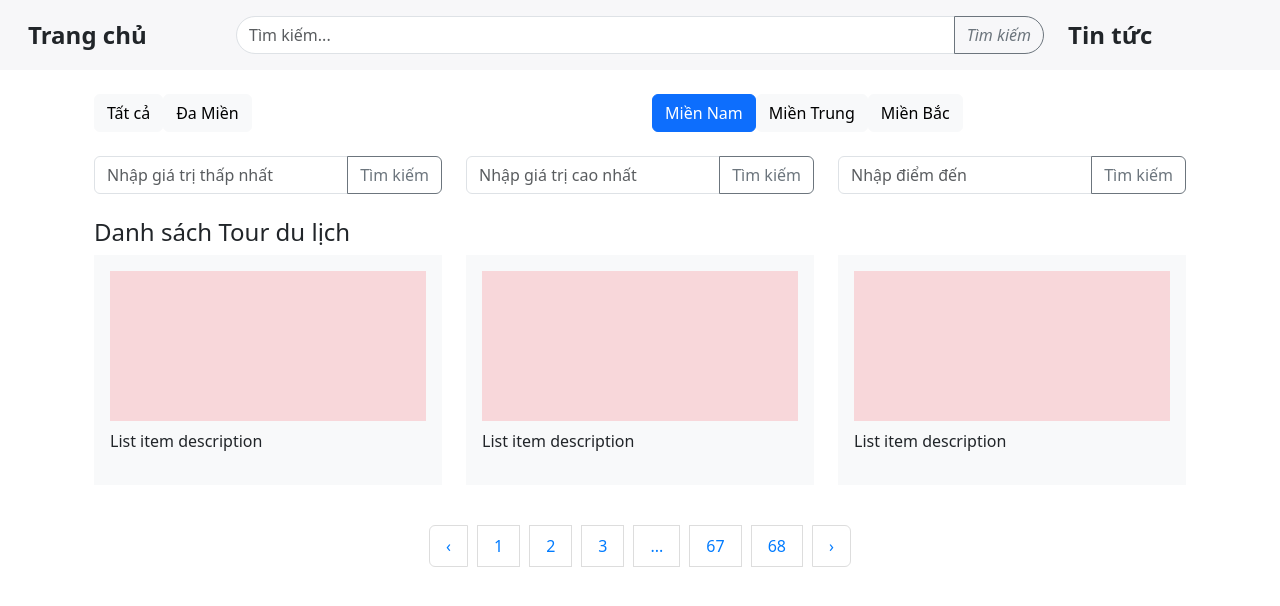
Repository: Minh23122003/qlDuAnPhanMem
Page: / (app in frontend/)
An editor plug-in stored every save of this project. The page is shown before and after the next save, followed by the edit.
The browser window is 1280 px wide. The pictures show the whole page.
The project was rebuilt for these pictures with package versions that can differ from the ones it lists, and the page was loaded fresh each time. Also part of the build but not shown: frontend/src/service/WebSocketService.js, frontend/src/components/Notifications.js, frontend/src/layout/Footer.js, frontend/src/configs/Apis.js, frontend/src/components/Relativeparkcard.js, frontend/src/components/Receipt/ReceiptList.css, frontend/src/components/merchandisecabinet.js, frontend/src/components/Service.js and 12 more.

Above is the page before, as saved 2024-09-05 19:45:18.

After the next save:
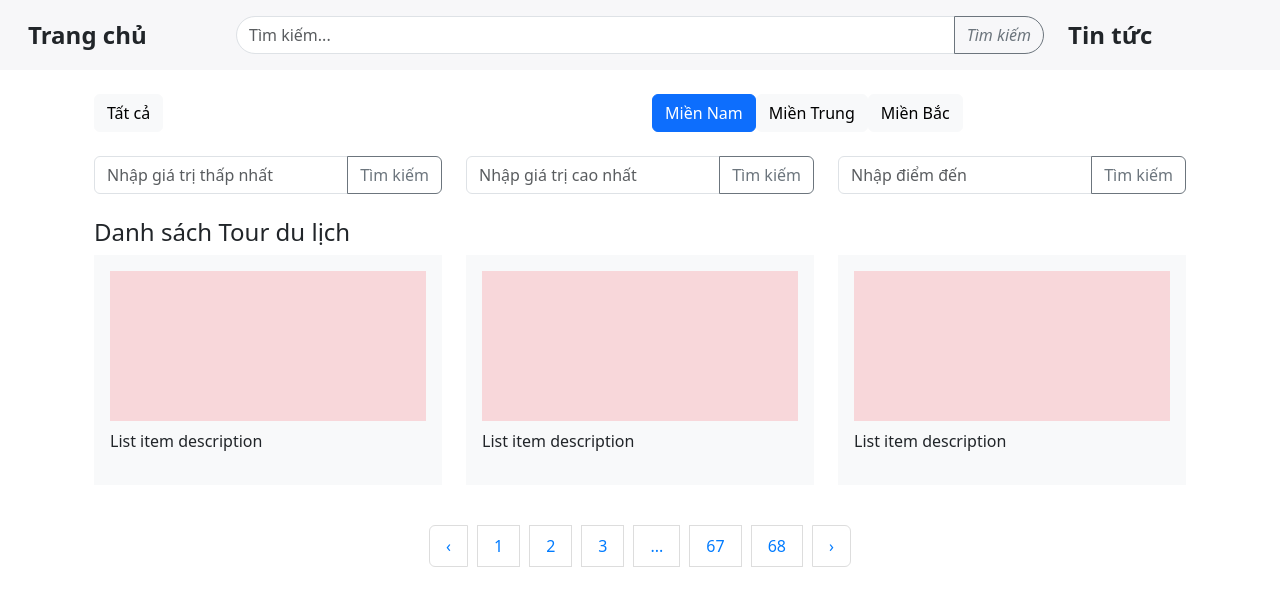
Saved 36 s later.
--- a/frontend/src/components/Home.js
+++ b/frontend/src/components/Home.js
@@ -7,7 +7,6 @@ function TourPage() {
             <Row className="mb-4 mt-4">
                 <Col>
                     <Button variant="light">Tất cả</Button>
-                    <Button variant="light">Đa Miền</Button>
                 </Col>
                 <Col>
                     <Button variant="primary">Miền Nam</Button>
